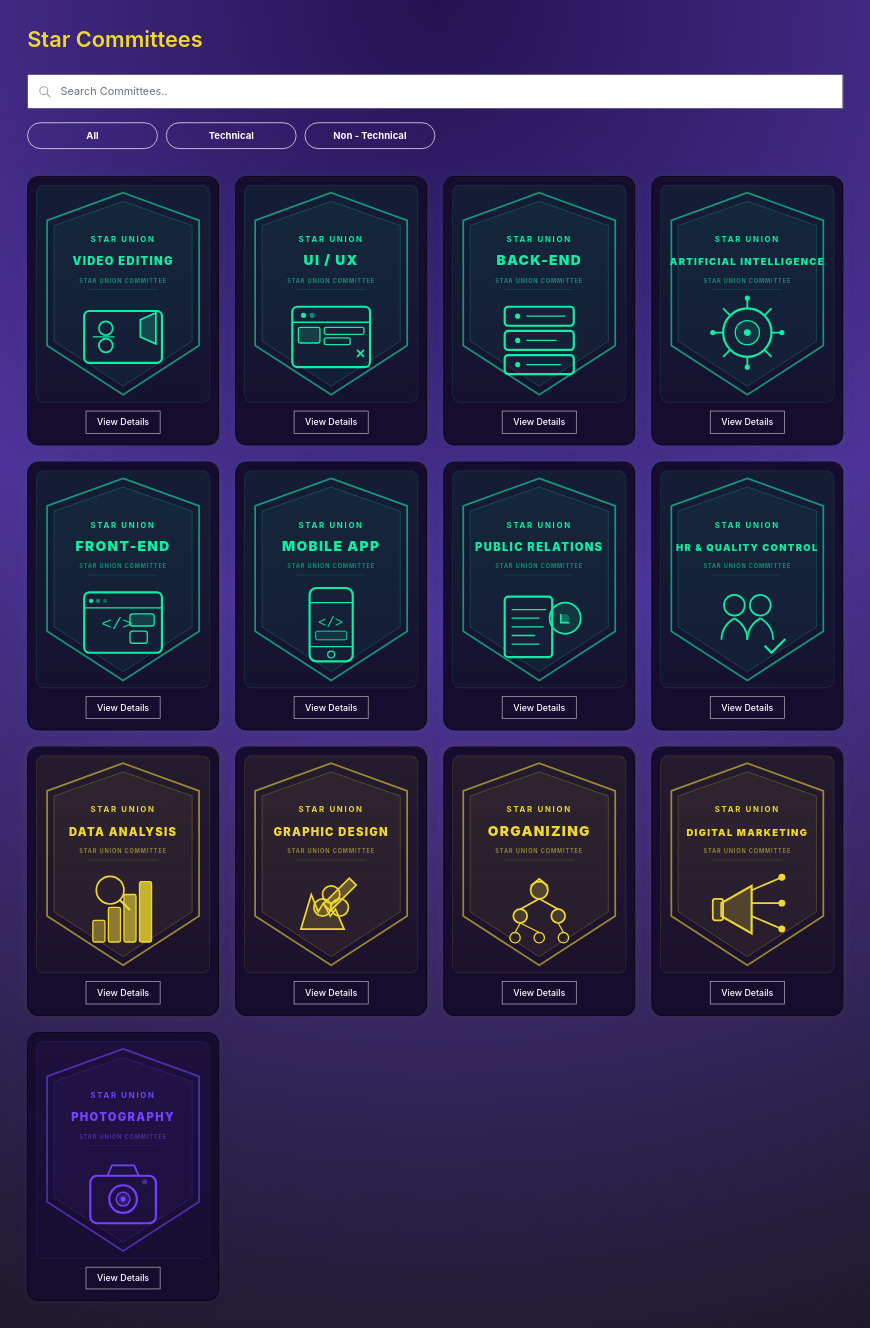
Repository: Frontend-Committee/StarUnion-Website
Page: /committees
The author's editor kept a copy of each file at every save. The page is drawn from the files as they stood at one save, then again after a run of saves.
The browser window is 1280 px wide. The pictures show the whole page, at 68% of full size.
The project was rebuilt for these pictures with package versions that can differ from the ones it lists, and the page was loaded fresh each time. Also part of the build but not shown: vite.config.js, src/features/committees/pages/CommitteeDetailsPage.jsx, src/components/common/Navbar.jsx, src/components/common/Footer.jsx.

Above is the page before, as saved 2026-02-26 02:56:06.

After the next 2 saves:
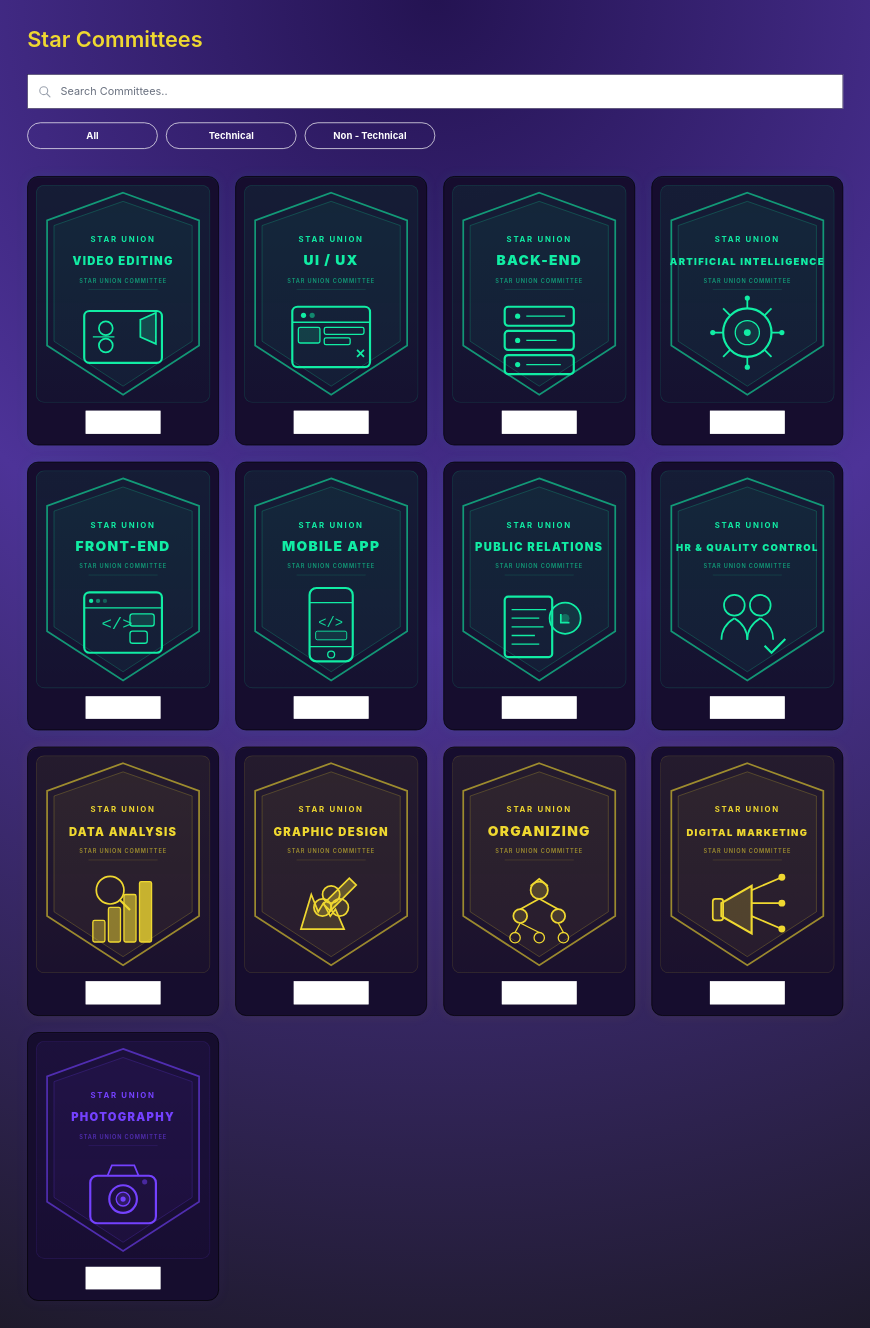
The 2 saves are shown as one change because they came seconds apart.
The last was saved 25 s later.
--- a/src/features/committees/components/CommitteeCard.jsx
+++ b/src/features/committees/components/CommitteeCard.jsx
@@ -37,7 +37,7 @@ export default function CommitteeCard({ committee, delay = 0 }) {
 
           {/* View Details button */}
           <div className="px-3 pb-4 pt-1 mx-auto">
-            <span className="inline-block px-4 py-[6px] text-[13px] text-white border border-white/70 rounded-md font-medium group-hover:bg-white/10 transition-colors duration-200">
+            <span className="inline-block px-4 py-[6px] text-[13px] bg-white text-white border border-white/70 rounded-md font-medium group-hover:bg-white/10 transition-colors duration-200">
               View Details
             </span>
           </div>
